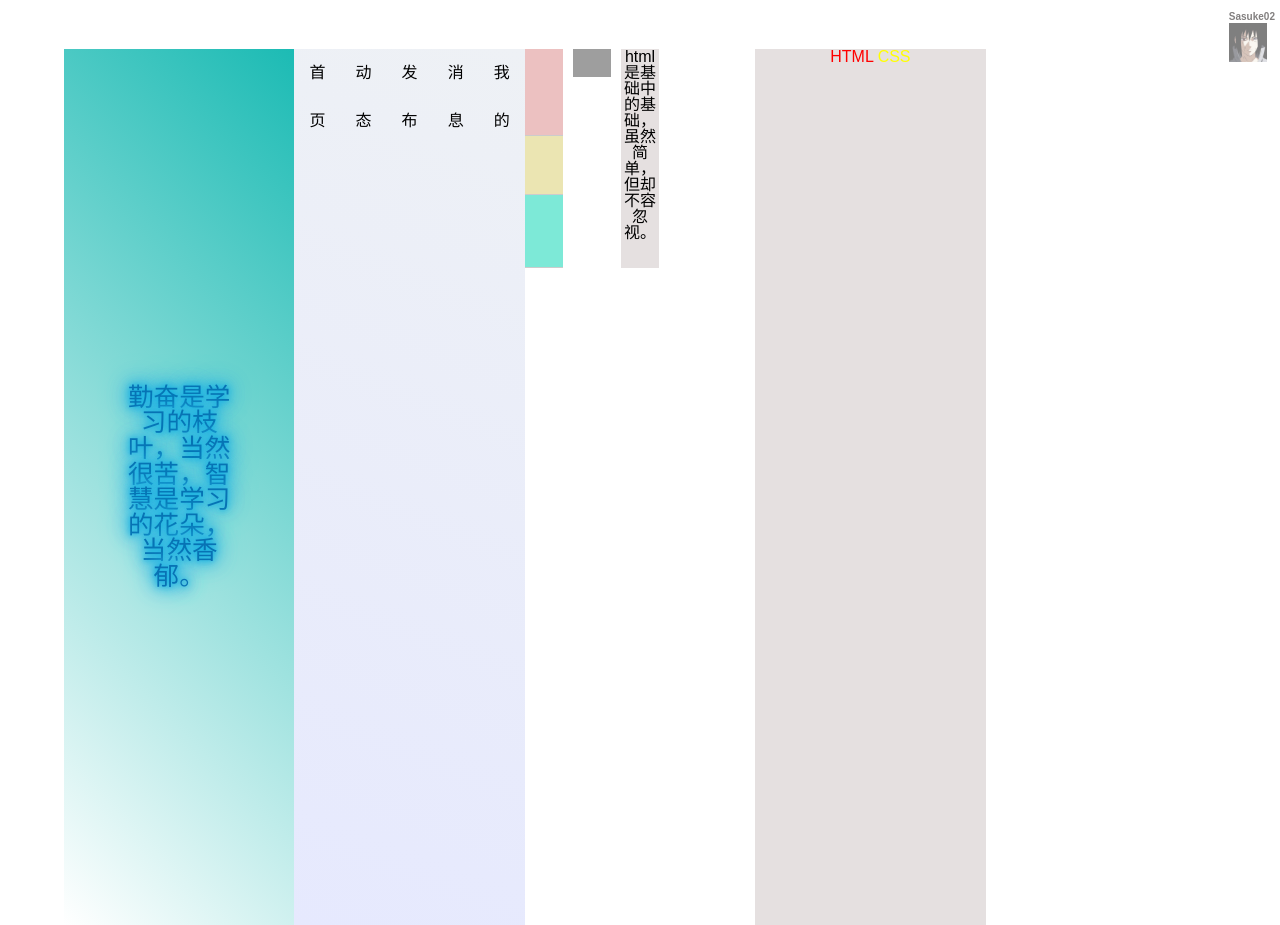
Repository: 8ecomeDreamer/personal_task
Page: labReport/project/src/html/index.html
The author's editor kept a copy of each file at every save. The page is drawn from the files as they stood at one save, then again after the next save.
The browser window is 1280 px wide. The pictures show the whole page.
Pictures or frames that could not be fetched are drawn as grey boxes. The style sheet was rebuilt from its Sass, Less or Tailwind sources for each picture, by a compiler version that may differ from the author's.

Above is the page before, as saved 2022-11-29 23:57:52.

### labReport/project/src/html/index.html
<!DOCTYPE html>
<html lang="en">

<head>
    <meta charset="UTF-8">
    <meta http-equiv="X-UA-Compatible" content="IE=edge">
    <meta name="viewport" content="width=device-width, initial-scale=1.0">
    <title>index</title>
    <link rel="stylesheet" href="../css/index.css">
</head>

<body>
    <div class="wrapper">

        <header class="header gray">
            <div class="info">
                <span>Sasuke</span><span>02</span>
                <img src="../../assets/imgs/R-C.jpg">
            </div>
            <div class="text">
                <span>勤奋是学习的枝叶，当然很苦，智慧是学习的花朵，当然香郁。</span>
            </div>

        </header>
        <nav class="nav gray">
            <!-- <a class="a">HTML</a>
            <a class="a">CSS</a>
            <a class="a">HTML5</a>
            <a class="a">CSS3</a>
            <a class="a">表单与语录学习</a> -->
            <ul class="menu">
                <li class="item">
                    <a href="javascript:void(0);" class="link">
                        <i class="fa fa-home" aria-hidden="true"></i>
                        <span>首页</span>

                    </a>
                    <div class="xiala">
                        <a href="# ">语录学习</a>
                        <!-- <a href="# ">Link 2</a>
                        <a href="# ">Link 3</a> -->
                    </div>

                </li>
                <li class="item">
                    <a href="javascript:void(0);" class="link">
                        <i class="fa fa-heart" aria-hidden="true"></i>
                        <span>动态</span>
                    </a>
                </li>
                <li class="item">
                    <a href="javascript:void(0);" class="link">
                        <i class="fa fa-plus-circle" aria-hidden="true"></i>
                        <span>发布</span>
                    </a>
                </li>
                <li class="item">
                    <a href="javascript:void(0);" class="link">
                        <i class="fa fa-bell" aria-hidden="true"></i>
                        <span>消息</span>
                    </a>
                </li>
                <li class="item">
                    <a href="javascript:void(0);" class="link">
                        <i class="fa fa-user" aria-hidden="true"></i>
                        <span>我的</span>
                    </a>
                </li>
            </ul>
        </nav>
        <content class="content">
            <aside class="aside left gray">
                <ul class="ul">
                    <li class="li">
                        <div class="link basic"><i class="fa fa-paint-brush"></i>基础核心<i class="fa fa-chevron-down"></i>
                        </div>
                        <ul class="submenu">
                            <li><a href="#" class="a" onclick="switchLiText(0)">Photoshop</a></li>
                            <li><a href="#" class="a" onclick="switchLiText(1)">HTML</a></li>
                            <li><a href="#" class="a" onclick="switchLiText(2)">CSS</a></li>
                        </ul>
                    </li>
                    <li class="li">
                        <div class="link advanced"><i class="fa fa-code"></i>进阶<i class="fa fa-chevron-down"></i></div>
                        <ul class="submenu">
                            <li><a href="#" class="a" onclick="switchLiText(3)">Javascript</a></li>
                            <li><a href="#" class="a" onclick="switchLiText(4)">JQuery</a></li>
                            <!-- <li><a href="#">Frameworks javascript</a></li> -->
                        </ul>
                    </li>
                    <li class="li">
                        <div class="link reAdvanced"><i class="fa fa-mobile"></i>再进阶<i class="fa fa-chevron-down"></i>
                        </div>
                        <ul class="submenu">
                            <li><a href="#" class="a" onclick="switchLiText(5)">Vue</a></li>
                            <li><a href="#" class="a" onclick="switchLiText(6)">React</a></li>
                            <li><a href="#" class="a" onclick="switchLiText(7)">Angular</a></li>
                        </ul>
                    </li>
                </ul>
            </aside>
            <main class="main gray" id="main">
                <!-- <p class="html">HTML的全称为超文本标记语言，是一种标记语言。
                    它包括一系列标签．通过这些标签可以将网络上的文档格式统一，使分散的Internet资源连接为一个逻辑整体。HTML文本是由HTML命令组成的描述性文本，HTML命令可以说明文字，图形、动画、声音、表格、链接等。
                </p> -->
                <img src="https://s3-us-west-2.amazonaws.com/s.cdpn.io/65984/photo-1413752567787-baa02dde3c65.jpg">
                <div class="inner-block">
                    <div class="slider-top-right"></div>
                </div>
            </main>
            <aside class="aside right gray">
                <p class="p">
                    html是基础中的基础，虽然简单，但却不容忽视。
                </p>

            </aside>
        </content>
        <footer class="footer gray">
            <span style="color: red;">HTML</span>
            <span style="color: yellow;">CSS</span>
            <!-- <span></span>
            <span></span> -->

        </footer>
    </div>
</body>

</html>
<!-- 引入jquery -->
<script src="../js/jquery.min.js"></script>

<script>
    // 声明
    const textMap = {
        Photoshop: 'Adobe Photoshop，简称“PS”，是由Adobe Systems开发和发行的图像处理软件。Photoshop主要处理以像素所构成的数字图像。使用其众多的编修与绘图工具，可以有效地进行图片编辑和创造工作。PS 有很多功能，在图像、图形、文字、视频、出版等各方面都有涉及。',
        HTML: 'HTML的全称为超文本标记语言，是一种标记语言。它包括一系列标签．通过这些标签可以将网络上的文档格式统一，使分散的Internet资源连接为一个逻辑整体。HTML文本是由HTML命令组成的描述性文本，HTML命令可以说明文字，图形、动画、声音、表格、链接等。',
        CSS: '层叠样式表(英文全称：Cascading Style Sheets)是一种用来表现HTML（标准通用标记语言的一个应用）或XML（标准通用标记语言的一个子集）等文件样式的计算机语言。CSS不仅可以静态地修饰网页，还可以配合各种脚本语言动态地对网页各元素进行格式化。',
        Javascript: 'JavaScript（简称“JS”） 是一种具有函数优先的轻量级，解释型或即时编译型的编程语言。虽然它是作为开发Web页面的脚本语言而出名，但是它也被用到了很多非浏览器环境中，JavaScript 基于原型编程、多范式的动态脚本语言，并且支持面向对象、命令式、声明式、函数式编程范式。JavaScript在1995年由Netscape公司的Brendan Eich，在网景导航者浏览器上首次设计实现而成。因为Netscape与Sun合作，Netscape管理层希望它外观看起来像Java，因此取名为JavaScript。但实际上它的语法风格与Self及Scheme较为接近。JavaScript的标准是ECMAScript 。截至 2012 年，所有浏览器都完整的支持ECMAScript 5.1，旧版本的浏览器至少支持ECMAScript 3 标准。2015年6月17日，ECMA国际组织发布了ECMAScript的第六版，该版本正式名称为 ECMAScript 2015，但通常被称为ECMAScript 6 或者ES2015。  ',
        JQuery: 'jQuery是一个快速、简洁的JavaScript框架，是继Prototype之后又一个优秀的JavaScript代码库（框架）于2006年1月由John Resig发布。jQuery设计的宗旨是“write Less，Do More”，即倡导写更少的代码，做更多的事情。它封装JavaScript常用的功能代码，提供一种简便的JavaScript设计模式，优化HTML文档操作、事件处理、动画设计和Ajax交互。jQuery的核心特性可以总结为：具有独特的链式语法和短小清晰的多功能接口；具有高效灵活的CSS选择器，并且可对CSS选择器进行扩展；拥有便捷的插件扩展机制和丰富的插件。jQuery兼容各种主流浏览器，如IE 6.0+、FF 1.5+、Safari 2.0+、Opera 9.0+等。',
        Vue: 'Vue (发音为 /vjuː/，类似 view) 是一款用于构建用户界面的 JavaScript 框架。它基于标准 HTML、CSS 和 JavaScript 构建，并提供了一套声明式的、组件化的编程模型，帮助你高效地开发用户界面。无论是简单还是复杂的界面，Vue 都可以胜任。',
        React: 'React是用于构建用户界面的JavaScript库，起源于Facebook的内部项目，该公司对市场上所有 JavaScript MVC框架都不满意，决定自行开发一套，用于架设Instagram的网站。于2013年5月开源。',
        Angular: `本主题会帮你了解 Angular：什么是 Angular？它有哪些优势？当构建应用时它能为你提供什么帮助？

                Angular 是一个基于 TypeScript 构建的开发平台。它包括：
                一个基于组件的框架，用于构建可伸缩的 Web 应用
                一组完美集成的库，涵盖各种功能，包括路由、表单管理、客户端-服务器通信等
                一套开发工具，可帮助你开发、构建、测试和更新代码

                借助 Angular，无论单人项目还是企业级应用，你都能获得平台带来的优势。Angular 的设计目标之一就是让更新更容易，因此你可以用最小的成本升级到最新的 Angular 版本。最重要的是，Angular 的生态系统由包括 170 万名开发人员、库作者和内容创作者在内的多元团队构成。`
    }

    // 调用
    function switchLiText(no) {
        //  获取a标签的文本内容
        // console.log(a[no].text)
        //  遍历对象textMap找到键值
        let text = null
        for (const key in textMap) {
            if (key === $('.a').eq(no).text()) {
                text = textMap[key]
                break;
            }
        }
        // return
        //  创建节点
        const p = $('<p>');
        p.html(text)
        console.log(p)

        //  插入节点
        $('#main').empty()
        $('#main').append(p);
    }
</script>

### labReport/project/src/css/index.less
@import url('../../assets/css/reset.less');

.wrapper {
    width: 90vw;
    height: 90vh;
    padding: 1%;
    // background: yellowgreen;
    margin: 0 auto;
    margin-top: 5vh;
    text-align: center;
    display: grid;
    grid-template-rows: repeat(10,1fr);
    grid-template-columns:  repeat(5,1fr);
    grid-row-gap: 10px;
    .gray{
        background: rgba(170, 153, 153,.3);
    }
    .header,.nav, .content, .footer{
        // width: 100%;

    }
    .header {
        grid-area: 1/1/3/6;
        position: relative;
        background: linear-gradient(45deg, white, #1cbbb4);
        .info{
            // background: black;
            opacity: .5;
            width: 3%;
            // height: 50px;
            position: fixed;
            right: 1%;
            top: 1%;
            color: rgb(7, 1, 0);
            img{
                width: 100%;
                height: 80%;
                object-fit: contain;
            }
            span{
                font-size: 10px;
                font-weight: bold;
            }
        }
        .text{
            position: absolute;
            top: 50%;
            left: 50%;
            transform: translate(-50%,-50%);
            font-size: 1.6rem;
            color: #0872b4;
            animation: shining 5s alternate infinite;
        }
    }
    .nav{
        grid-area: 3/1/4/6;
        background: linear-gradient(200deg,#eef1f5,#e6e9fe);
        .menu{
            /* 设置列表项标记的类型为空 */
            list-style: none;
            /* 弹性布局 */
            display: flex;
            /* 水平居中 */
            justify-content: space-around;
            align-items: center;
            height: 100%;
            .item{
                /* 相对定位 */
                position: relative;
                /* 设置鼠标样式为手 */
                cursor: pointer;
                /* 设置内边距 */
                padding: 0 10px;
                width: 20%;
                height: 100%;
                line-height: 3;
                /* 延迟 */
                transition: all 0.4s ease;
                .link{
                    /* block将此元素设置为块级元素 */
                    display: block;
                    /* 相对定位 */
                    position: relative;
                    width: 100%;
                    // height: 100%;
                    // height: 100px;
                    color: black;
                    /* 取消a标签下划线 */
                    text-decoration: none;
                    /* 溢出隐藏 */
                    overflow: hidden;
                    /* 延迟 */
                    transition: all 0.4s ease;
                    &:hover{
                        background-color: #a38bdb;
                    }
                    &:hover .dropdown-content{
                        // display: block;
                    }
                    // .dropdown-content {
                    //     display: none;
                    //     position: absolute;
                    //     background-color: #f9f9f9;
                    //     min-width: 160px;
                    //     box-shadow: 0px 8px 16px 0px rgba(0,0,0,0.2);
                    // }


                }
                &:hover .xiala {
                    display: block;
                }

            }
            .xiala{
                display: none;
                position: absolute;
                width: 92%;
                background-color: #f9f9f9;
                min-width: 160px;
                box-shadow: 0px 8px 16px 0px rgba(0, 0, 0, 0.2);
                z-index: 100;
                a {
                    color: black;
                    padding: 12px 16px;
                    text-decoration: none;
                    display: block;
                    &:hover {
                        background-color: #f1f1f1;
                    }
                }
            }
        }
    }
    .content{
        // display: grid;
        grid-area: 4/1/9/6;
        display: grid;
        grid-template-rows: repeat(4,1fr);
        grid-template-columns: repeat(5,1fr);
        grid-column-gap: 10px;
        .aside.left{
            grid-area: 1/1/5/2;
            overflow: hidden;
            background: transparent;
            .ul{
                .li{
                    .link {
                        cursor: pointer;
                        display: block;
                        padding: 15px 15px 15px 42px;
                        color: black;
                        font-size: 14px;
                        font-weight: 700;
                        border-bottom: 1px solid #CCC;
                        position: relative;
                        -webkit-transition: all 0.4s ease;
                        -o-transition: all 0.4s ease;
                        transition: all 0.4s ease;

                    }
                    .link:hover {
                        background: black;
                    }
                    .link.basic{
                        background: #ecc1c1;
                    }
                    .link.advanced{
                        background: #ebe5b2;
                    }
                    .link.reAdvanced{
                        background: #7de9d7;
                    }

                    .submenu {
                        display: none;
                        background: white;
                        padding: 4px;
                        font-size: 20px;
                        li{
                            margin-bottom: 10px;
                            &:hover {
                                background: #b63b4d;
                                a{
                                    &:hover{
                                        color: black;
                                        font-size: 25px;
                                        font-weight: bold;
                                    }
                                }
                            }
                        }

                    }
                    &:hover .submenu{
                        display: block;
                    }
                }
            }
        }
        .main{
            grid-area: 1/2/5/5;
            overflow: hidden;
            background: transparent;
            position: relative;
            img {
                display: block;
                max-width: 100%;
                // object-fit: cover;
            }
            .slider-top-right:before,
            .inner-block:after {
                height: 4px;
                transition: width .75s ease;
                width: 0%;
            }

            .slider-top-right:after,
            .inner-block:before {
                height: 0%;
                transition: height .75s ease;
                width: 4px;
            }

            .inner-block:before,
            .inner-block:after,
            .slider-top-right:before,
            .slider-top-right:after {
                background-color: #fff;
                content: '';
                display: block;
                position: absolute;
            }

            .inner-block {
                font-size: 2em;
                width: 90%;
                height: 90%;
                position: absolute;
                top: 0;
                left: 0;
                right: 0;
                bottom: 0;
                margin: auto;
                &:before {
                    bottom: 0;
                    left: 0;
                }
                &:after {
                    bottom: 0;
                    right: 0;
                }
            }

            .slider-top-right {
                position: relative;
                width: 100%;
                height: 100%;
                &:before {
                    top: 0;
                    left: 0;
                }
                &:after {
                    top: 0;
                    right: 0;
                }
            }
        }
        .aside.right{
            grid-area: 1/5/5/6;
        }
    }
    .footer{
        grid-area: 9/1/11/6;

    }
}

@-webkit-keyframes shining {
    from {
        text-shadow: 0 0 10px lightblue, 0 0 20px lightblue, 0 0 30px lightblue, 0 0 40px skyblue, 0 0 50px skyblue, 0 0 60px skyblue;
    }

    to {
        text-shadow: 0 0 5px rgb(25, 176, 226), 0 0 10px rgb(25, 176, 226), 0 0 15px rgb(25, 176, 226), 0 0 20px rgb(25, 176, 226), 0 0 25px skyblue, 0 0 30px rgb(25, 176, 226);
    }
}

### labReport/project/assets/css/reset.less
html, body, div, span, applet, object, iframe,
h1, h2, h3, h4, h5, h6, p, blockquote, pre,
a, abbr, acronym, address, big, cite, code,
del, dfn, em, img, ins, kbd, q, s, samp,
small, strike, strong, sub, sup, tt, var,
b, u, i, center,
dl, dt, dd, ol, ul, li,
fieldset, form, label, legend,
table, caption, tbody, tfoot, thead, tr, th, td,
article, aside, canvas, details, embed,
figure, figcaption, footer, header, hgroup,
menu, nav, output, ruby, section, summary,
time, mark, audio, video{
  margin: 0;
  padding: 0;
  border: 0;
  font-size: 100%;
  font: inherit;
  font-weight: normal;
  vertical-align: baseline;
}
/* HTML5 display-role reset for older browsers */
article, aside, details, figcaption, figure,
footer, header, hgroup, menu, nav, section{
  display: block;
}
ol, ul, li{
  list-style: none;
}
blockquote, q{
  quotes: none;
}
blockquote:before, blockquote:after,
q:before, q:after{
  content: '';
  content: none;
}
table{
  border-collapse: collapse;
  border-spacing: 0;
}

/* custom */
a{
  color: #7e8c8d;
  text-decoration: none;
  -webkit-backface-visibility: hidden;
}
::-webkit-scrollbar{
  width: 5px;
  height: 5px;
}
::-webkit-scrollbar-track-piece{
  background-color: rgba(0, 0, 0, 0.2);
  -webkit-border-radius: 6px;
}
::-webkit-scrollbar-thumb:vertical{
  height: 5px;
  background-color: rgba(125, 125, 125, 0.7);
  -webkit-border-radius: 6px;
}
::-webkit-scrollbar-thumb:horizontal{
  width: 5px;
  background-color: rgba(125, 125, 125, 0.7);
  -webkit-border-radius: 6px;
}
html, body{
  width: 100%;
  font-family: "Arial", "Microsoft YaHei", "黑体", "宋体", "微软雅黑", sans-serif;
}
body{
  line-height: 1;
  -webkit-text-size-adjust: none;
  -webkit-tap-highlight-color: rgba(0, 0, 0, 0);
}
html{
  overflow-y: scroll;
}

/*清除浮动*/
.clearfix:before,
.clearfix:after{
  content: " ";
  display: inline-block;
  height: 0;
  clear: both;
  visibility: hidden;
}
.clearfix{
  *zoom: 1;
}

/*隐藏*/
.dn{
  display: none;
}

Loaded but not shown: labReport/project/src/js/jquery.min.js (library)

After the next save:
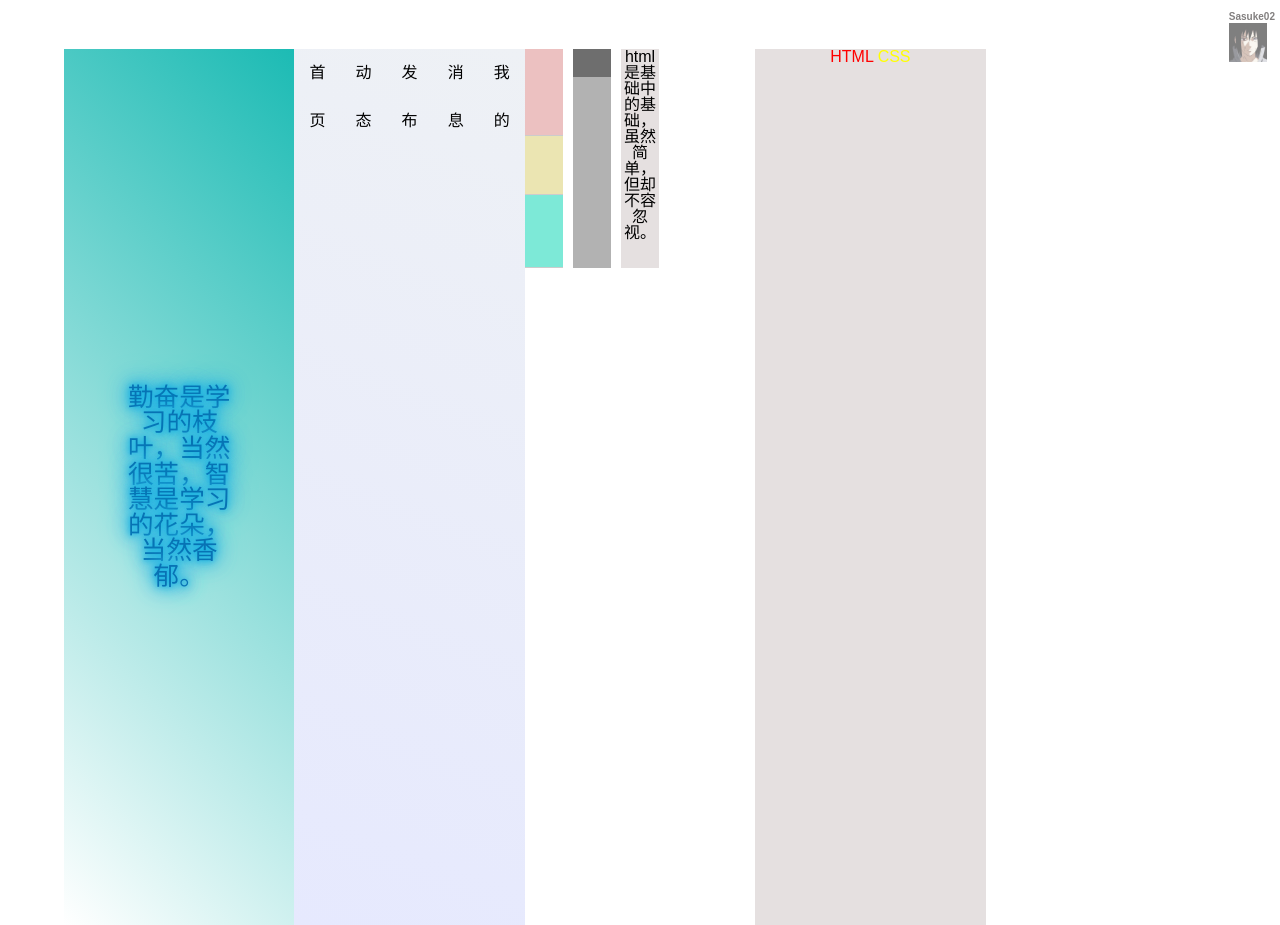
Saved 4 min 17 s later.
--- a/labReport/project/src/css/index.less
+++ b/labReport/project/src/css/index.less
@@ -203,6 +203,25 @@
             overflow: hidden;
             background: transparent;
             position: relative;
+            &::before {
+                background-color: rgba(0, 0, 0, .3);
+                bottom: 0;
+                content: '';
+                display: block;
+                position: absolute;
+                top: 0;
+                width: 100%;
+            }
+            &:hover {
+                .inner-block:before,
+                .slider-top-right:after {
+                    height: 100%;
+                }
+                .inner-block:after,
+                .slider-top-right:before {
+                    width: 100%;
+                }
+            }
             img {
                 display: block;
                 max-width: 100%;
